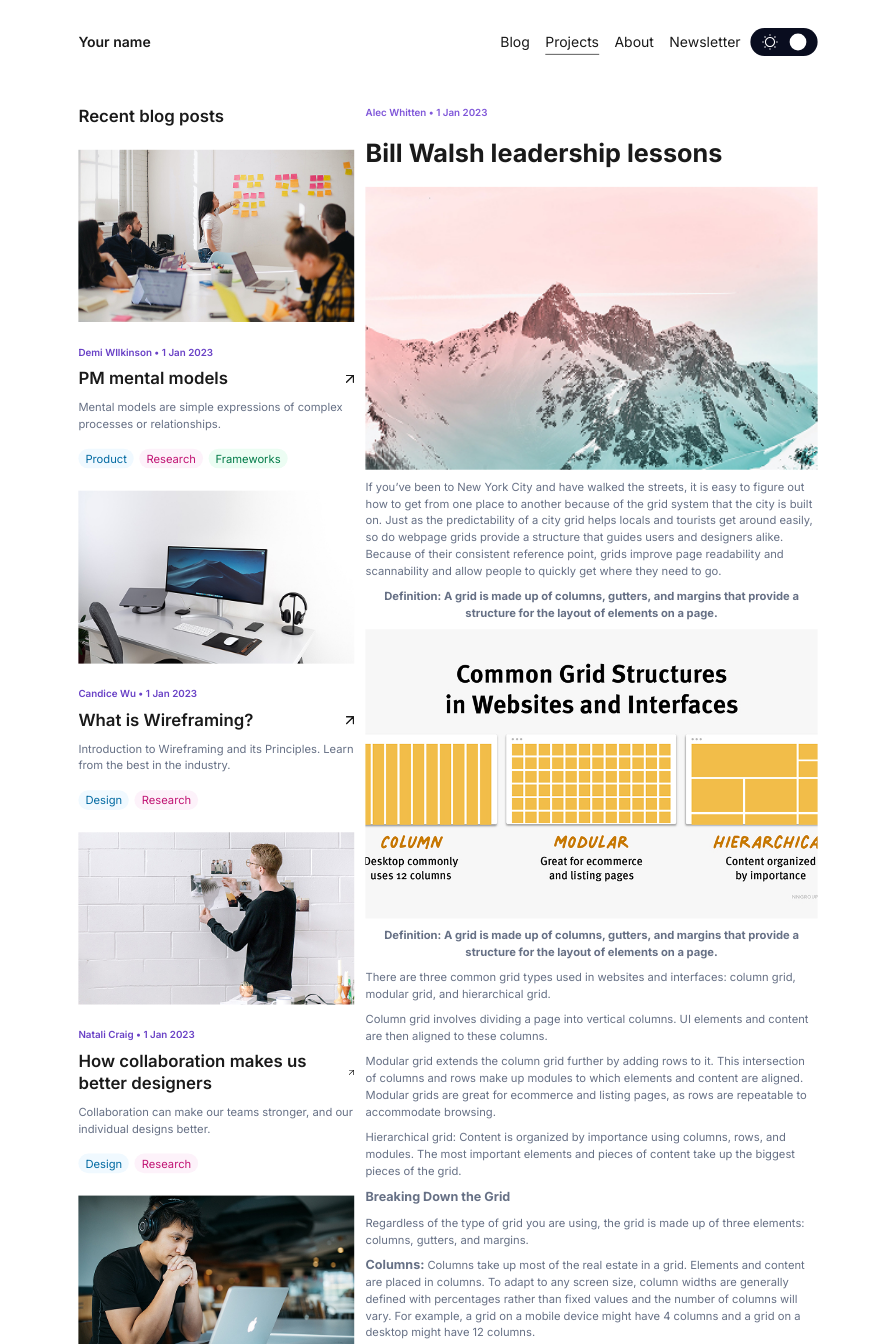
Repository: RawanBarakat-hub/task-6-adv
Page: /projects/1
An editor plug-in stored every save of this project. The page is shown before and after the next save, followed by the edit.
The browser window is 1280 px wide. The pictures show the part of the page from y = 0 to 1920 px (the page is 7698 px tall before and 8747 px after), at 70% of full size.
The project was rebuilt for these pictures with package versions that can differ from the ones it lists, and the page was loaded fresh each time. Also part of the build but not shown: vite.config.ts, src/components/HeroHome/HeroHome.tsx, src/components/PaginationLink/PaginationLink.tsx, src/components/Pagination/Pagination.tsx, src/components/SectionHomeAllBlogs/SectionHomeAllBlogs.tsx, src/components/SectionHomeRecentBlogs/SectionHomeRecentBlogs.tsx, src/components/MainHome/MainHome.tsx, src/pages/Home.tsx and 3 more.

Above is the page before, as saved 2026-02-13 01:33:37.

After the next save:
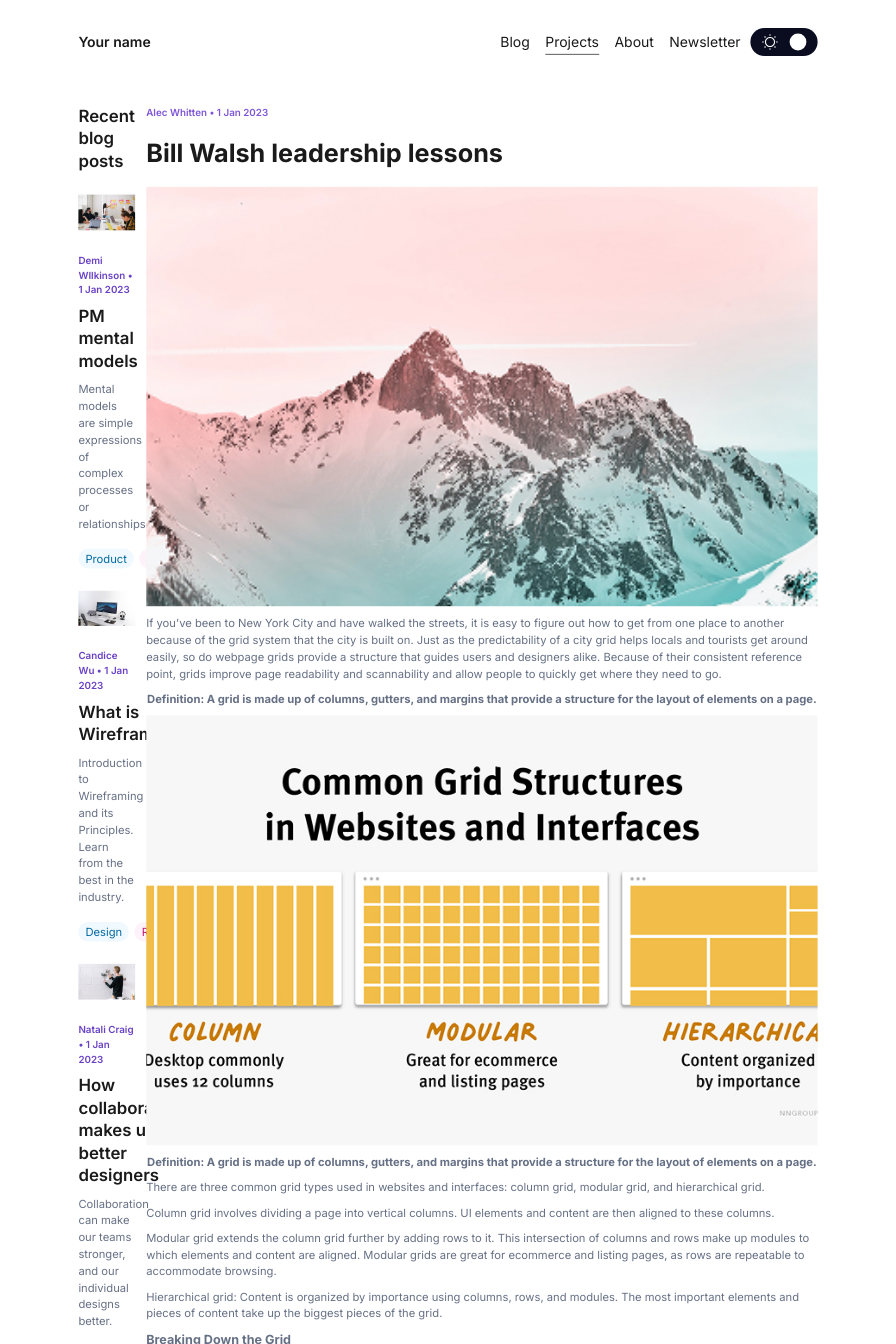
Saved 72 s later.
--- a/src/components/SectionBlogDetails/SectionBlogDetails.tsx
+++ b/src/components/SectionBlogDetails/SectionBlogDetails.tsx
@@ -14,7 +14,7 @@ const SectionBlogDetails = ({id}:SectionBlogDetailsProp) => {
     return (
             <section className="pt-[92px] md:pt-[103px] lg:pt-[150px] mb-[72px] md:mb-8 flex flex-col-reverse md:flex-row
             justify-between gap-4">
-                <div className=" md:w-[342]">
+                <div className=" md:w-[342px]">
                     <TitleSection title="Recent blog posts" />
                     <ContainerGrid className="details">
                         {
